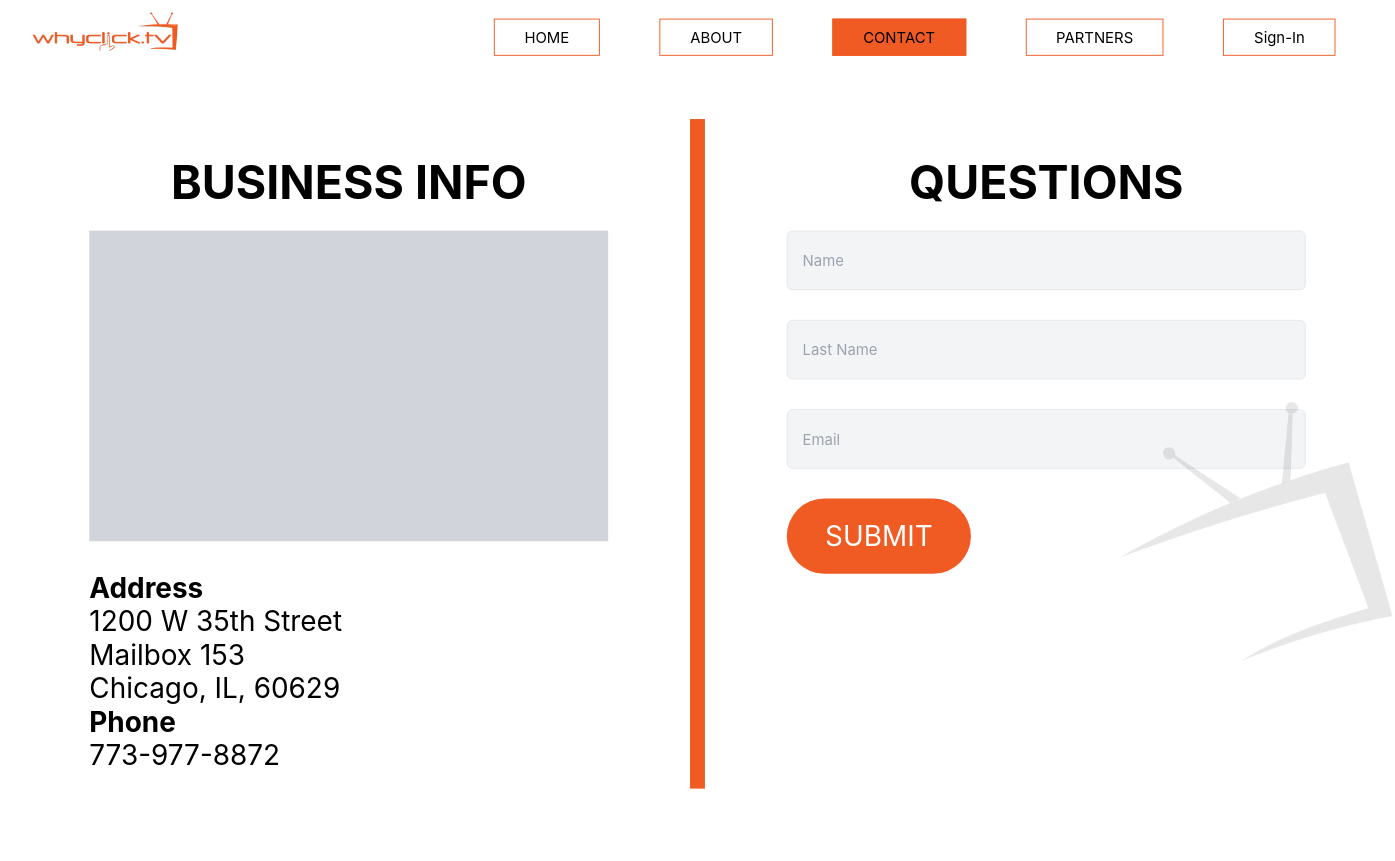
Repository: legenddev1202/whyclicktv
Page: /contact
An editor plug-in stored every save of this project. The page is shown before and after the next save, followed by the edit.
The browser window is 1280 px wide. The page is 1500 px wide, so the pictures cover 1500 px, including what lies to the right of the window. The pictures show the whole page, at 93% of full size.
The project was rebuilt for these pictures with package versions that can differ from the ones it lists, and the page was loaded fresh each time. Also part of the build but not shown: src/App.css, src/pages/home.js, src/pages/about.js, src/pages/partners.js, src/pages/referral.js.

Above is the page before, as saved 2022-04-18 22:26:52.

### public/index.html
<!DOCTYPE html>
<html lang="en">
  <head>
    <meta charset="utf-8" />
    <link rel="icon" href="%PUBLIC_URL%/favicon.ico" />
    <meta name="viewport" content="width=device-width, initial-scale=1" />
    <meta name="theme-color" content="#000000" />
    <meta name="description" content="why-click" />
    <link rel="apple-touch-icon" href="%PUBLIC_URL%/favicon.ico" />
    <!--
      manifest.json provides metadata used when your web app is installed on a
      user's mobile device or desktop. See https://developers.google.com/web/fundamentals/web-app-manifest/
    -->
    <link rel="manifest" href="%PUBLIC_URL%/manifest.json" />
    <!--
      Notice the use of %PUBLIC_URL% in the tags above.
      It will be replaced with the URL of the `public` folder during the build.
      Only files inside the `public` folder can be referenced from the HTML.

      Unlike "/favicon.ico" or "favicon.ico", "%PUBLIC_URL%/favicon.ico" will
      work correctly both with client-side routing and a non-root public URL.
      Learn how to configure a non-root public URL by running `npm run build`.
    -->
    <title>WhyClick.tv</title>
  </head>
  <body>
    <noscript>WhyClick.tv</noscript>
    <div id="root"></div>
    <!--
      This HTML file is a template.
      If you open it directly in the browser, you will see an empty page.

      You can add webfonts, meta tags, or analytics to this file.
      The build step will place the bundled scripts into the <body> tag.

      To begin the development, run `npm start` or `yarn start`.
      To create a production bundle, use `npm run build` or `yarn build`.
    -->
  </body>
</html>

### src/index.css
@tailwind base;
@tailwind components;
@tailwind utilities;

body {
  margin: 0;
  font-family: -apple-system, BlinkMacSystemFont, "Segoe UI", "Roboto", "Oxygen",
    "Ubuntu", "Cantarell", "Fira Sans", "Droid Sans", "Helvetica Neue",
    sans-serif;
  -webkit-font-smoothing: antialiased;
  -moz-osx-font-smoothing: grayscale;
  height: 100%;
  min-width: 1500px;
}

code {
  font-family: source-code-pro, Menlo, Monaco, Consolas, "Courier New",
    monospace;
}

input::placeholder {
  font-size: 50;
}

input::-moz-placeholder {
  font-size: 50;
}

input::-webkit-input-placeholder {
  font-size: 50;
}

### src/App.js
import { Routes, Route, Link } from "react-router-dom";
import "./App.css";
import Home from "./pages/home";
import About from "./pages/about";
import Contact from "./pages/contact";
import Partners from "./pages/partners";
import Referral from "./pages/referral";

function App() {
  return (
    <Routes>
      <Route path="/" element={<Home />} />
      <Route path="about" element={<About />} />
      <Route path="contact" element={<Contact />} />
      <Route path="partners" element={<Partners />} />
      <Route path="referrel" element={<Referral />} />
    </Routes>
  );
}

export default App;

### src/pages/contact.js
import React, { useState } from "react";
import { Routes, Route, Link } from "react-router-dom";
import axios from "axios";

function Contact() {
  const [values, setValues] = useState({
    name: "",
    lastName: "",
    email: "",
  });
  const onSubmit = async () => {
    console.log(values);
    var form = {
      email: "info@whyclick.tv",
      // email: 'ocean.kurakin@gmail.com',
      subject: `Received a message from ${values.email}`,
      emailBody: `
        <p> Name: ${values.name} ${values.lastName}</p>
      `,
    };

    const response = await axios.post(
      "https://us-central1-insurancewebapptest.cloudfunctions.net/sendMailOverHTTP_whyClick",
      form
    );
    console.log(response.data);
    if (response.data.includes("Error")) {
      console.log(true);
    } else {
      console.log(true);
    }
  };
  return (
    <div className="relative h-full w-full" style={{ height: "100vh" }}>
      <div className="bg-transparent w-full h-20 flex items-center px-8 justify-between z-20 absolute">
        <div className="h-20">
          <img
            className="logo-icon h-full"
            src="assets/images/logos/logo.svg"
            alt="logo"
          />
        </div>
        <div className="bg-transparent">
          <button
            className="h-10 px-8 mx-8 border"
            style={{ borderColor: "#F05A23", backgroundColor: "white" }}
          >
            <Link to="/">HOME</Link>
          </button>
          <button
            className="h-10 px-8 mx-8 border"
            style={{ borderColor: "#F05A23", backgroundColor: "white" }}
          >
            <Link to="/about">ABOUT</Link>
          </button>
          <button
            className="h-10 px-8 mx-8 border"
            style={{ borderColor: "#F05A23", backgroundColor: "#F05A23" }}
          >
            <Link to="/contact">CONTACT</Link>
          </button>
          <button
            className="h-10 px-8 mx-8 border"
            style={{ borderColor: "#F05A23" }}
          >
            <Link to="/partners">PARTNERS</Link>
          </button>
          <button
            className="h-10 px-8 mx-8 border"
            style={{ borderColor: "#F05A23" }}
          >
            <Link to="/signin">Sign-In</Link>
          </button>
        </div>
      </div>

      <div className="w-full mt-20 absolute p-12 flex">
        <div className="w-1/2 p-12 pr-24 flex flex-col items-center">
          <div className="text-4xl font-bold" style={{ fontSize: 50 }}>
            BUSINESS INFO
          </div>
          <div
            className="w-full h-72 bg-gray-300 mt-8"
            style={{ height: 334 }}
          ></div>
          <div className="mt-8 self-start">
            <div
              className="text-xl font-bold"
              style={{ fontSize: 30, lineHeight: 1.2 }}
            >
              Address
            </div>
            <div className="text-xl" style={{ fontSize: 30, lineHeight: 1.2 }}>
              1200 W 35th Street
            </div>
            <div className="text-xl" style={{ fontSize: 30, lineHeight: 1.2 }}>
              Mailbox 153
            </div>
            <div className="text-xl" style={{ fontSize: 30, lineHeight: 1.2 }}>
              Chicago, IL, 60629
            </div>
            <div
              className="text-xl font-bold"
              style={{ fontSize: 30, lineHeight: 1.2 }}
            >
              Phone
            </div>
            <div className="text-xl" style={{ fontSize: 30, lineHeight: 1.2 }}>
              773-977-8872
            </div>
          </div>
        </div>
        <div
          className="absolute w-4 h-5/6 left-0 right-0 mx-auto z-10"
          style={{ backgroundColor: "#F05A23", height: "100vh" }}
        ></div>
        <div className="w-1/2 p-12 pl-24 flex flex-col items-center">
          <div className="text-4xl font-bold" style={{ fontSize: 50 }}>
            QUESTIONS
          </div>
          <div className="w-full mt-8">
            <input
              className="w-full rounded-md h-16 border px-4 bg-gray-100"
              placeholder="Name"
              onChange={(e) => setValues({ ...values, name: e.target.value })}
            ></input>
            <div className="w-full mt-8">
              <input
                className="w-full rounded-md h-16 border px-4 bg-gray-100"
                placeholder="Last Name"
                onChange={(e) =>
                  setValues({ ...values, lastName: e.target.value })
                }
              ></input>
            </div>

            <div className="w-full mt-8">
              <input
                className="w-full rounded-md h-16 border px-4 bg-gray-100"
                placeholder="Email"
                onChange={(e) =>
                  setValues({ ...values, email: e.target.value })
                }
              ></input>
            </div>
          </div>
          <div className="self-start mt-8">
            <button
              className=" rounded-full"
              style={{
                backgroundColor: "#F05A23",
                width: 198,
                height: 81,
                color: "white",
                fontSize: 30,
              }}
              onClick={onSubmit}
            >
              SUBMIT
            </button>
          </div>
        </div>
      </div>
      <img
        className="logo-icon h-72 absolute bottom-0 right-0"
        src="assets/images/logos/tv-logo.png"
        alt="logo"
      />
    </div>
  );
}

export default Contact;

Loaded but not shown: src/index.js (common file); src/reportWebVitals.js (common file); tailwind.config.js (common file)

After the next save:
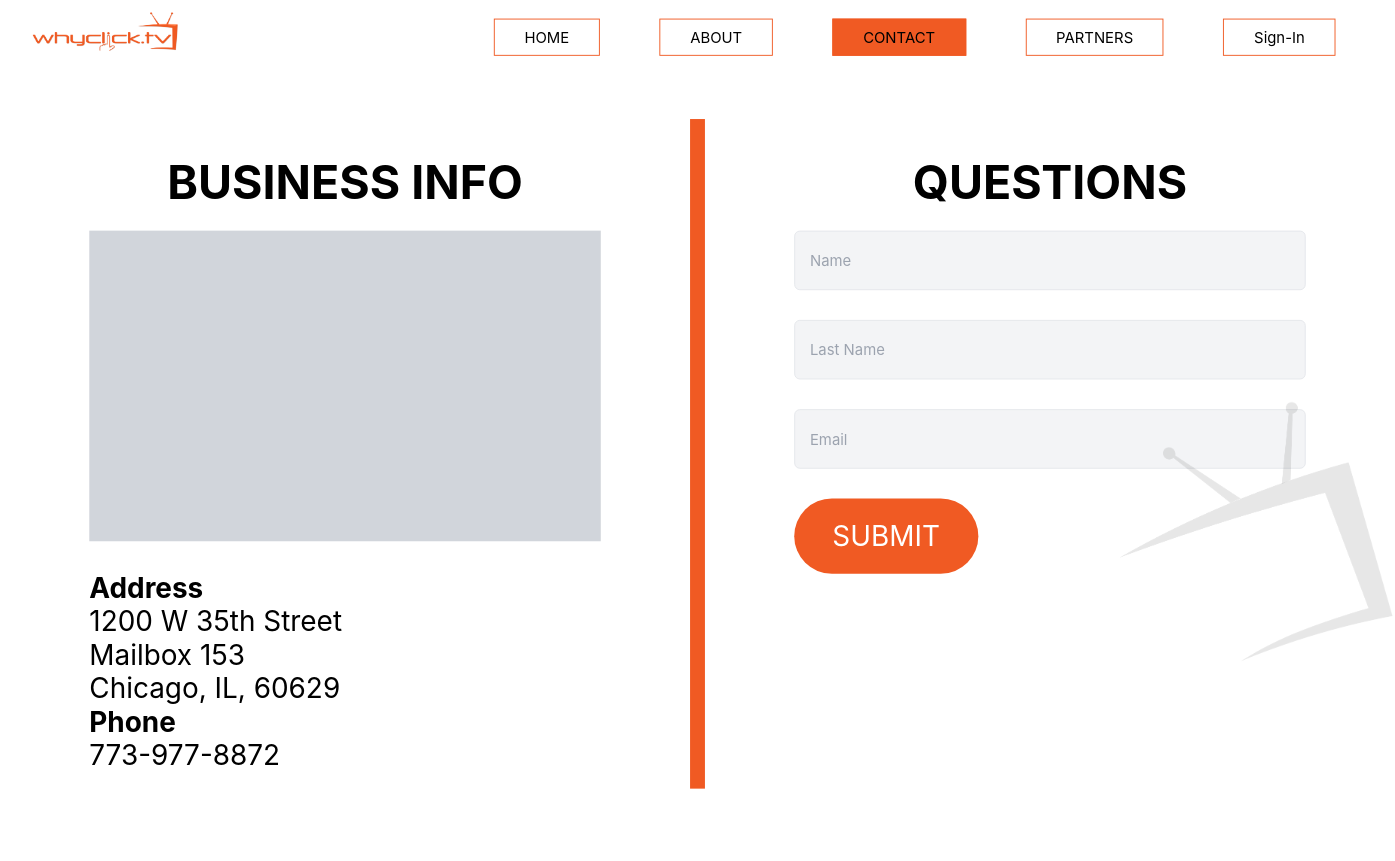
Saved 5 s later.
--- a/src/pages/contact.js
+++ b/src/pages/contact.js
@@ -111,7 +111,7 @@ function Contact() {
           </div>
         </div>
         <div
-          className="absolute w-4 h-5/6 left-0 right-0 mx-auto z-10"
+          className="w-4 h-5/6 left-0 right-0 mx-auto z-10"
           style={{ backgroundColor: "#F05A23", height: "100vh" }}
         ></div>
         <div className="w-1/2 p-12 pl-24 flex flex-col items-center">
